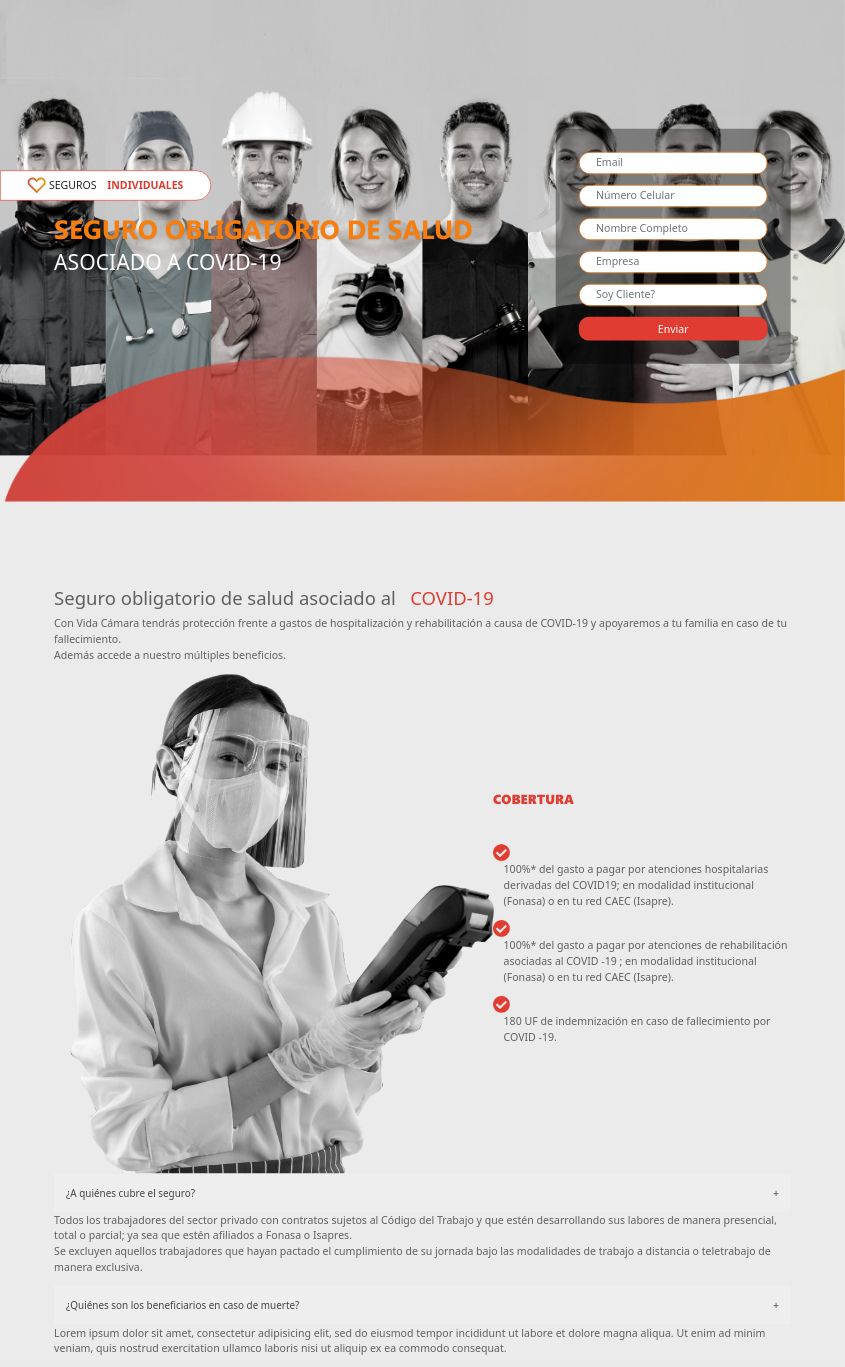
Repository: Darigo30/vidacamara
Page: index.html
The author's editor kept a copy of each file at every save. The page is drawn from the files as they stood at one save, then again after the next save.
The browser window is 1280 px wide. The pictures show the whole page, at 66% of full size.
Some web fonts or font styles are not loaded; a fallback is used. Some web libraries are served in a nearby version.

Above is the page before, as saved 2021-07-29 21:03:04.

After the next save:
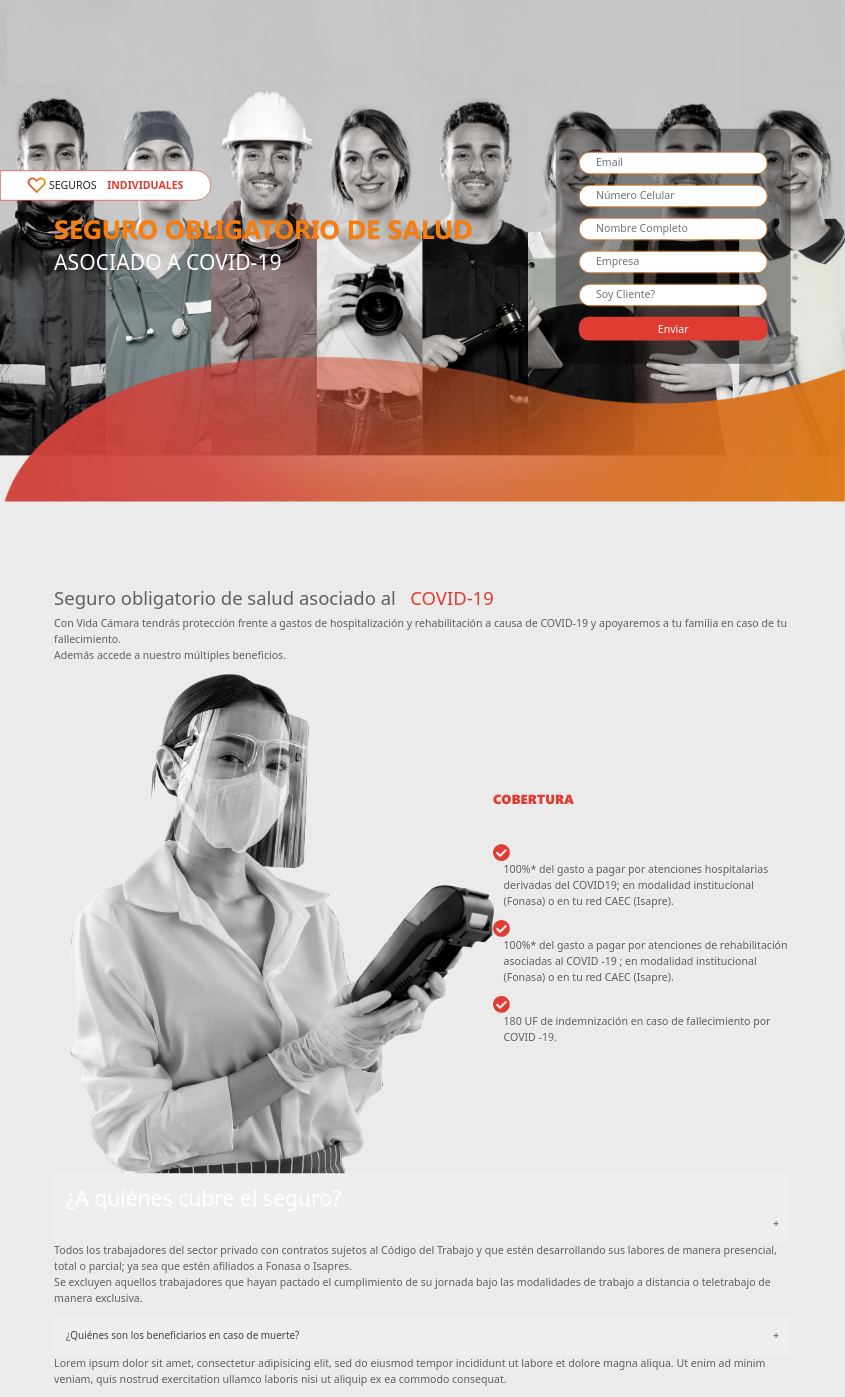
Saved 20 s later.
--- a/index.html
+++ b/index.html
@@ -135,7 +135,7 @@
         <div class="container">
           <div class="row">
             <div class="col-12">
-              <button class="accordion">¿A quiénes cubre el seguro?</button>
+              <button class="accordion"><h2>¿A quiénes cubre el seguro?</h2></button>
               <div class="accordion__panel">
                 <p>
                   Todos los trabajadores del sector privado con contratos
